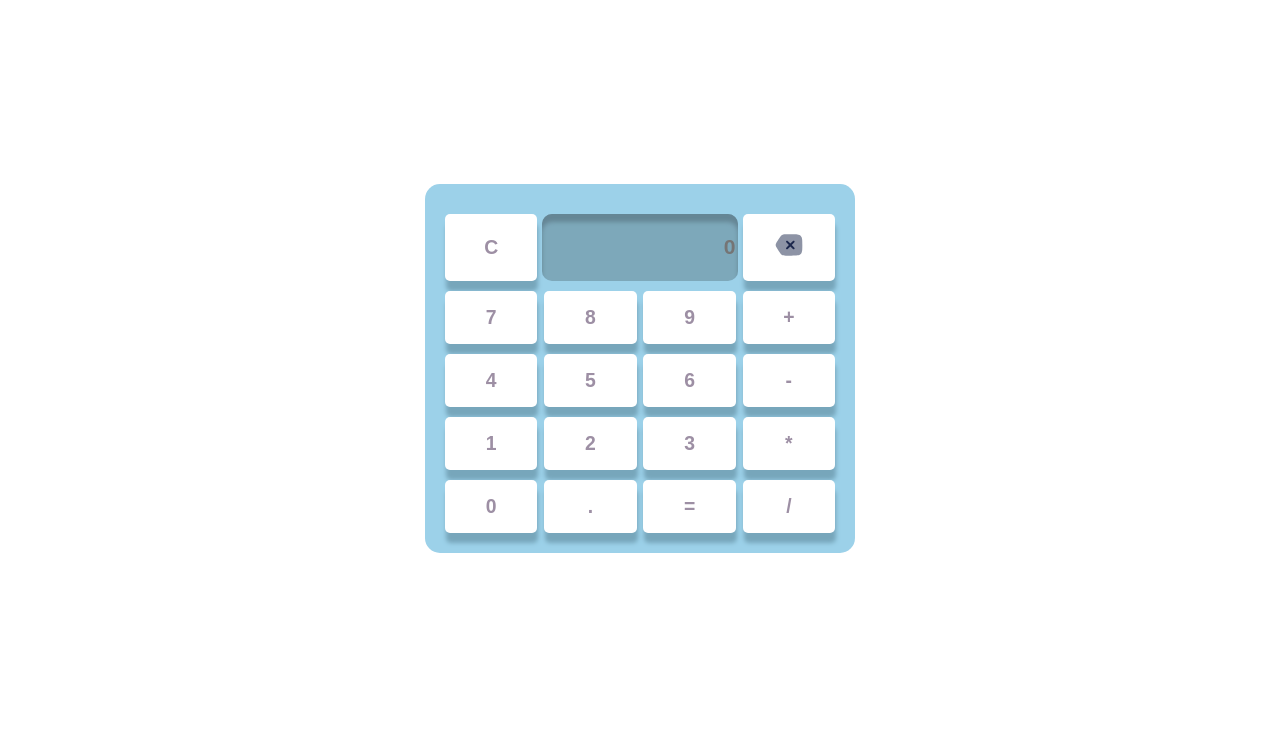
Repository: sem1103/calculator
Page: index.html
The author's editor kept a copy of each file at every save. The page is drawn from the files as they stood at one save, then again after the next save.
The browser window is 1280 px wide. The pictures show the whole page.

Above is the page before, as saved 2023-11-02 11:56:39.

After the next save:
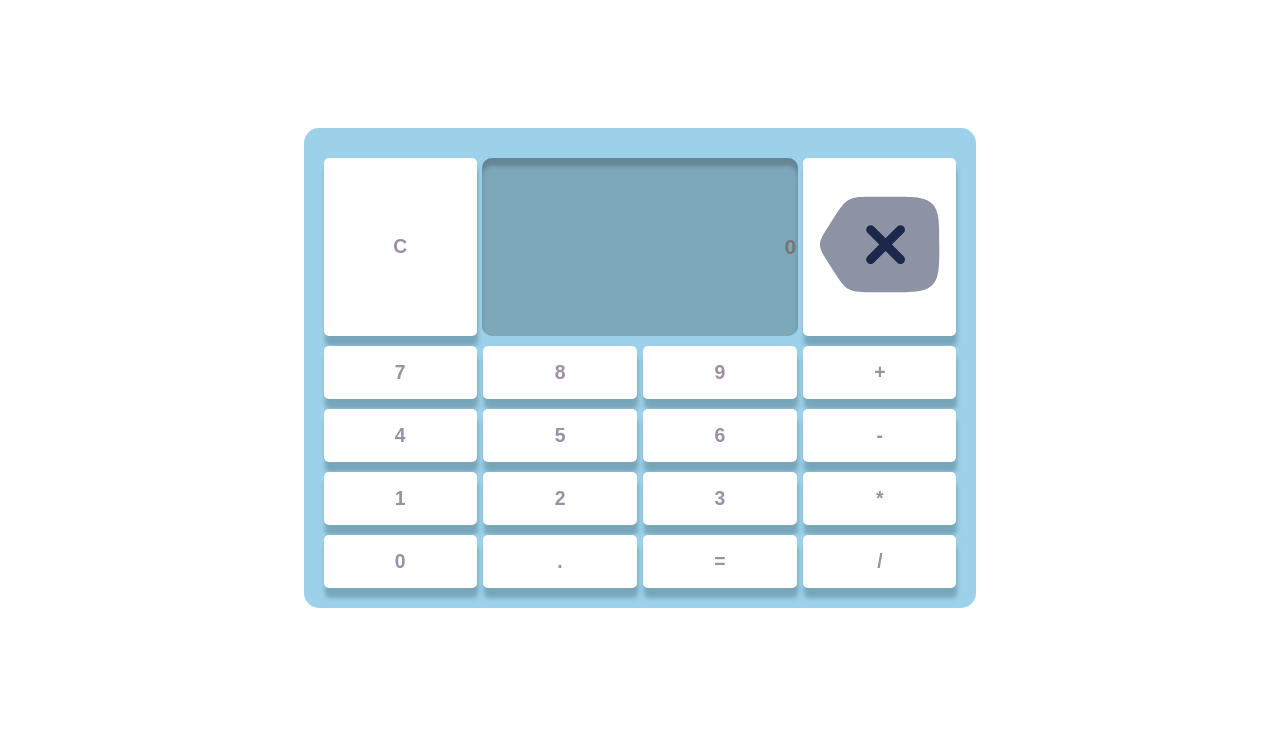
Saved 14 s later.
--- a/index.html
+++ b/index.html
@@ -92,7 +92,7 @@
 
                 </input>
                  <button class="backspace" onclick="backspace()">
-                    <svg width="32px" height="32px" viewBox="0 0 24 24" fill="none" xmlns="http://www.w3.org/2000/svg">
+                    <svg width="100%" viewBox="0 0 24 24" fill="none" xmlns="http://www.w3.org/2000/svg">
                         <path opacity="0.5" d="M6.87114 19.4986C7.80085 20 8.91458 20 11.142 20H13.779C17.6544 20 19.5921 20 20.7961 18.8284C22 17.6569 22 15.7712 22 12C22 8.22876 22 6.34315 20.7961 5.17157C19.5921 4 17.6544 4 13.779 4H11.142C8.91458 4 7.80085 4 6.87114 4.50143C5.94144 5.00286 5.35117 5.92191 4.17061 7.76001L3.48981 8.82001C2.4966 10.3664 2 11.1396 2 12C2 12.8604 2.4966 13.6336 3.48981 15.18L4.17061 16.24C5.35117 18.0781 5.94144 18.9971 6.87114 19.4986Z" fill="#1C274C"/>
                         <path d="M11.0303 8.96967C10.7374 8.67678 10.2626 8.67678 9.96967 8.96967C9.67678 9.26256 9.67678 9.73744 9.96967 10.0303L11.9394 12L9.96969 13.9697C9.6768 14.2626 9.6768 14.7374 9.96969 15.0303C10.2626 15.3232 10.7375 15.3232 11.0304 15.0303L13 13.0607L14.9696 15.0303C15.2625 15.3232 15.7374 15.3232 16.0303 15.0303C16.3232 14.7374 16.3232 14.2625 16.0303 13.9697L14.0607 12L16.0303 10.0304C16.3232 9.73746 16.3232 9.26258 16.0303 8.96969C15.7374 8.6768 15.2626 8.6768 14.9697 8.96969L13 10.9394L11.0303 8.96967Z" fill="#1C274C"/>
                         </svg>
